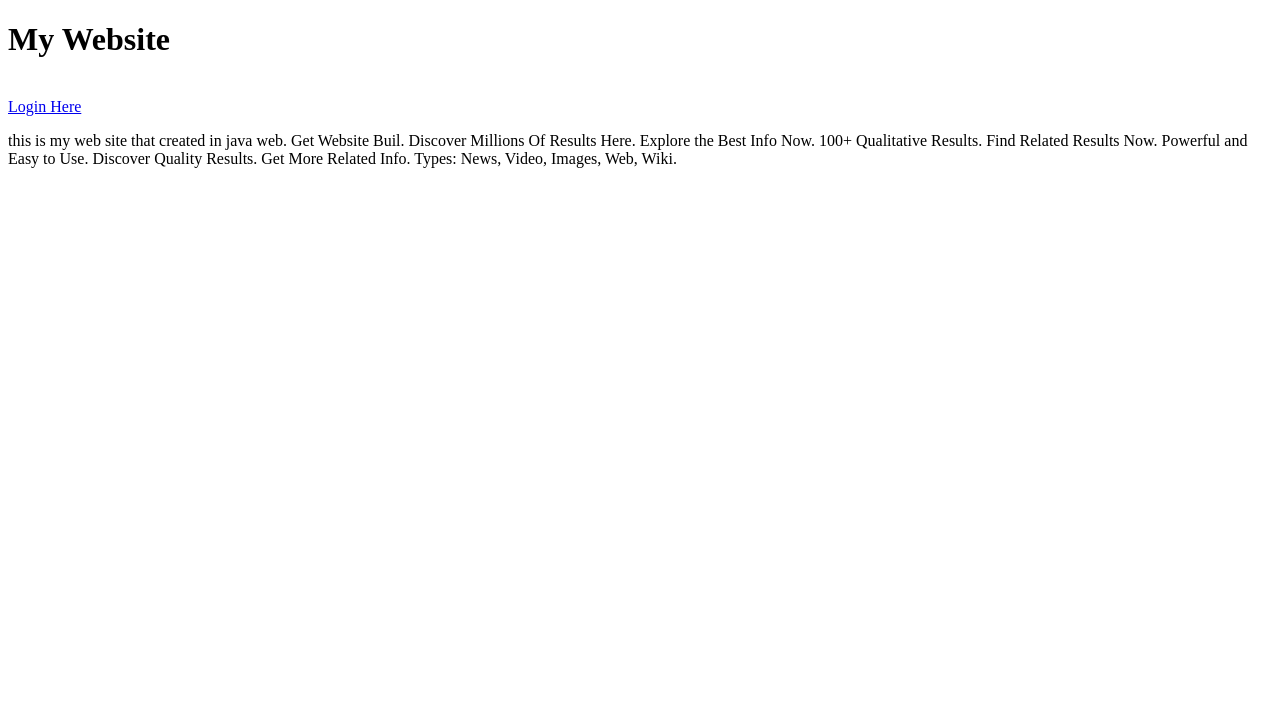
Repository: jyotiprajapati98/Techment_Training_2020
Page: Day 13 (servlets)/Techment_WebProject/WebContent/index.html
The author's editor kept a copy of each file at every save. The page is drawn from the files as they stood at one save, then again after the next save.
The browser window is 1280 px wide. The pictures show the whole page.

Above is the page before, as saved 2020-06-10 06:29:31.

After the next save:
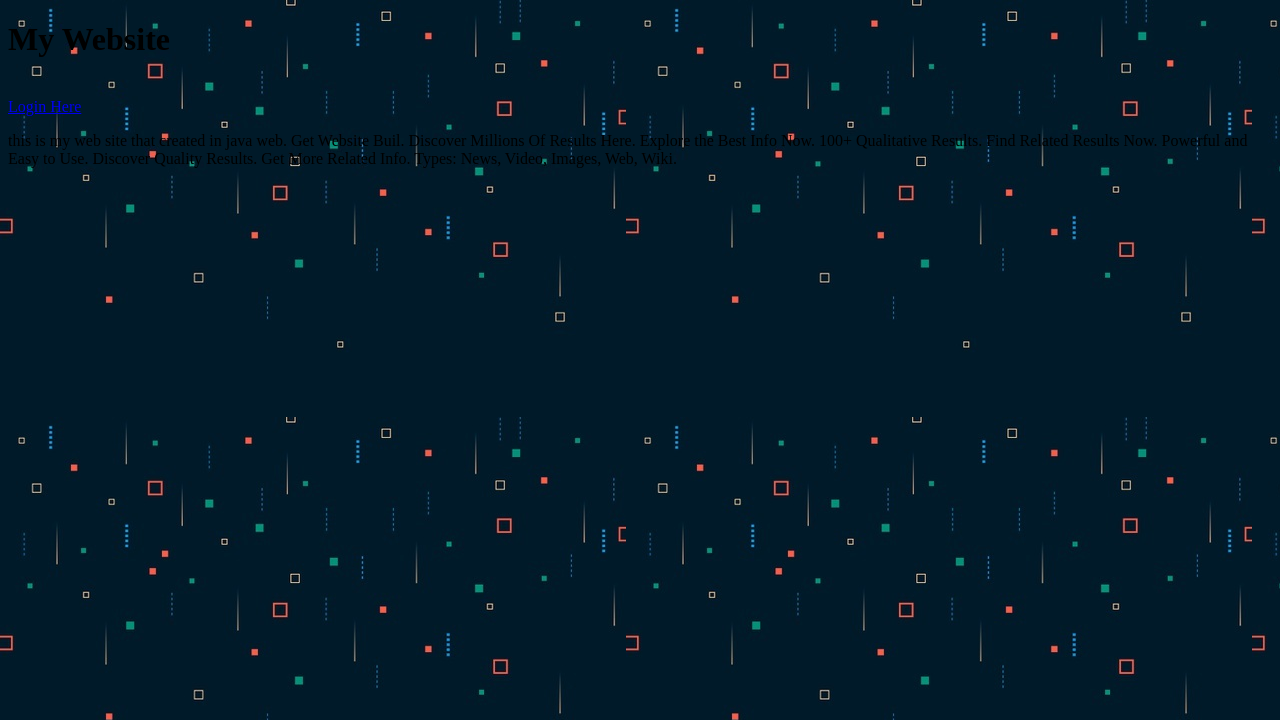
Saved 78 s later.
--- a/Day 13 (servlets)/Techment_WebProject/WebContent/index.html
+++ b/Day 13 (servlets)/Techment_WebProject/WebContent/index.html
@@ -4,7 +4,7 @@
 <meta charset="ISO-8859-1">
 <title>Insert title here</title>
 </head>
-<body>
+<body style="background-image:url('body.jpg');">
   <H1>My Website</H1><br>
   <a href="login.html">Login Here</a>
 
